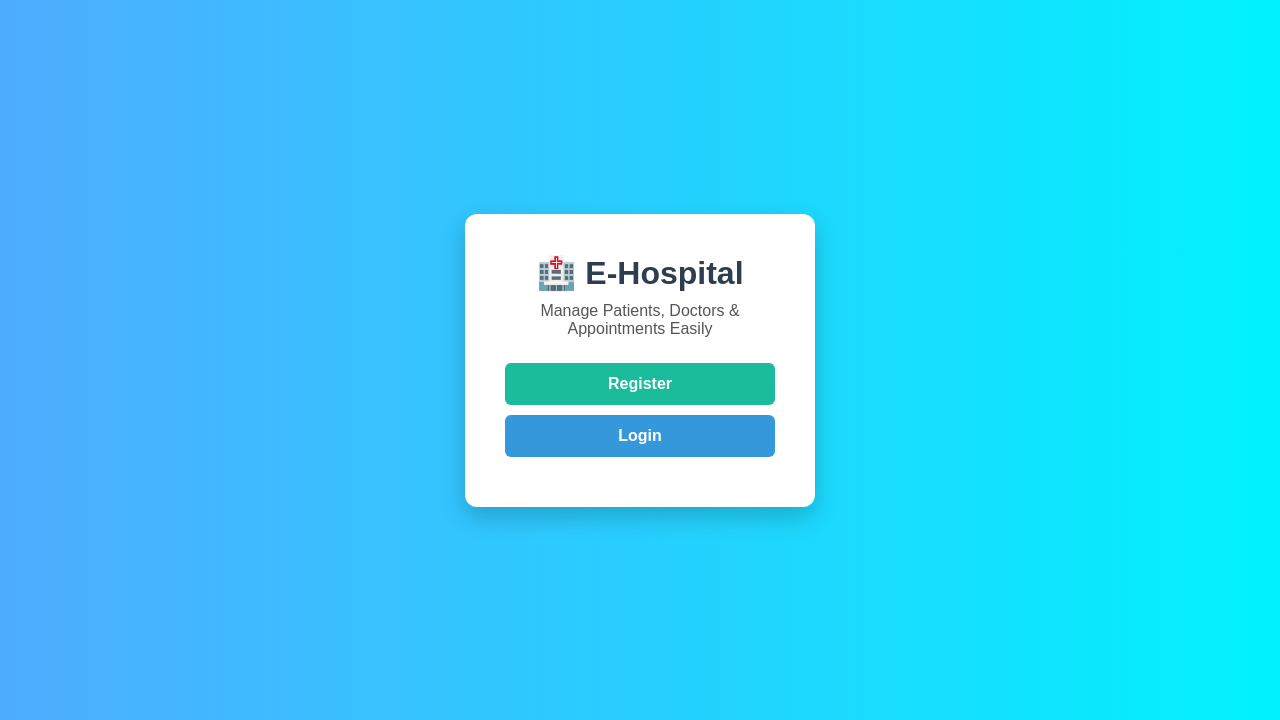
Repository: Ramjangori/Spring_Boot
Page: PatientsManagementProject/src/main/resources/static/index.html
An editor plug-in stored every save of this project. The page is shown before and after the next save, followed by the edit.
The browser window is 1280 px wide. The pictures show the whole page.

Above is the page before, as saved 2026-05-05 06:28:20.

After the next save:
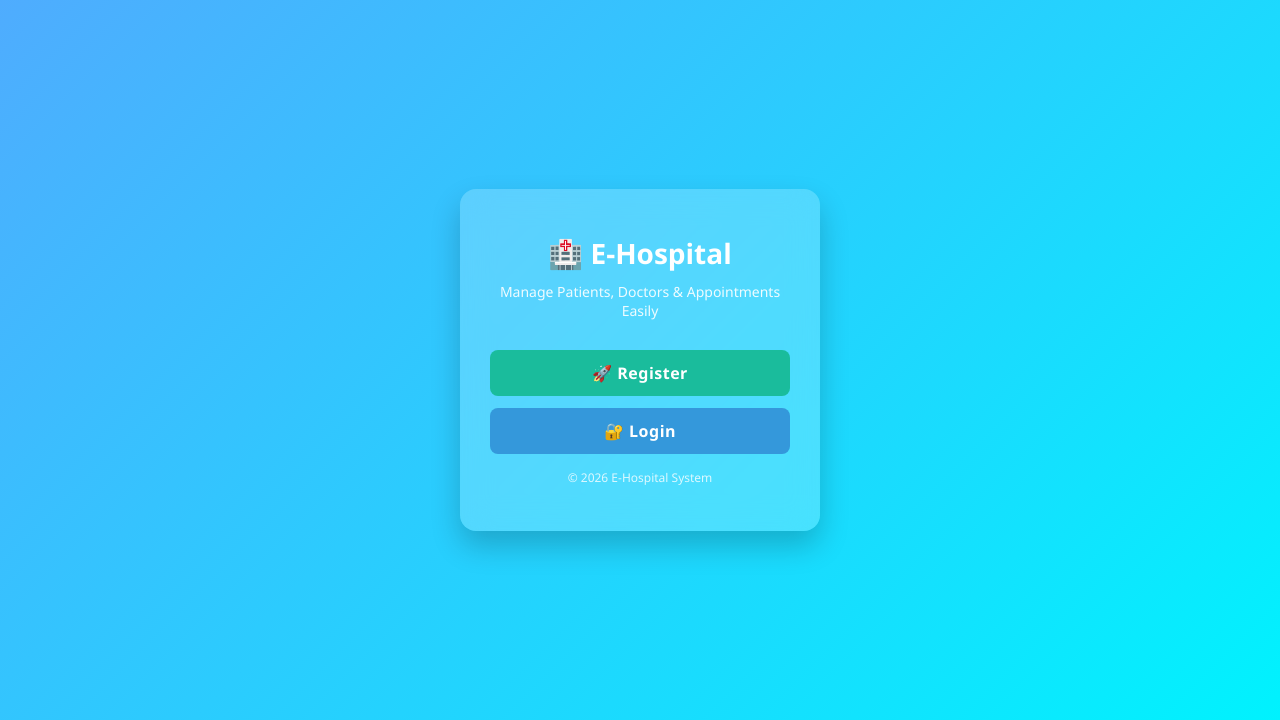
Saved 2 min 28 s later.
--- a/PatientsManagementProject/src/main/resources/static/index.html
+++ b/PatientsManagementProject/src/main/resources/static/index.html
@@ -10,45 +10,63 @@
             margin: 0;
             padding: 0;
             box-sizing: border-box;
-            font-family: Arial, sans-serif;
+            font-family: 'Segoe UI', sans-serif;
         }
 
         body {
             height: 100vh;
-            background: linear-gradient(to right, #4facfe, #00f2fe);
+            background: linear-gradient(135deg, #4facfe, #00f2fe);
             display: flex;
             justify-content: center;
             align-items: center;
         }
 
+        /* Card */
         .container {
             text-align: center;
-            background: white;
-            padding: 40px;
-            border-radius: 12px;
-            box-shadow: 0 10px 25px rgba(0,0,0,0.2);
-            width: 350px;
+            background: rgba(255, 255, 255, 0.2);
+            backdrop-filter: blur(15px);
+            padding: 45px 30px;
+            border-radius: 16px;
+            box-shadow: 0 15px 30px rgba(0,0,0,0.2);
+            width: 360px;
+            color: #fff;
+            animation: fadeIn 0.8s ease-in-out;
+        }
+
+        @keyframes fadeIn {
+            from {
+                opacity: 0;
+                transform: translateY(20px);
+            }
+            to {
+                opacity: 1;
+                transform: translateY(0);
+            }
         }
 
         h1 {
-            color: #2c3e50;
+            font-size: 28px;
             margin-bottom: 10px;
         }
 
         p {
-            color: #555;
-            margin-bottom: 25px;
+            font-size: 14px;
+            margin-bottom: 30px;
+            opacity: 0.9;
         }
 
+        /* Buttons */
         .btn {
             display: block;
             width: 100%;
             padding: 12px;
-            margin: 10px 0;
+            margin: 12px 0;
             text-decoration: none;
-            border-radius: 6px;
+            border-radius: 8px;
             font-weight: bold;
             transition: 0.3s;
+            letter-spacing: 0.5px;
         }
 
         .register {
@@ -58,6 +76,7 @@
 
         .register:hover {
             background: #16a085;
+            transform: scale(1.03);
         }
 
         .login {
@@ -67,7 +86,16 @@
 
         .login:hover {
             background: #2980b9;
+            transform: scale(1.03);
         }
+
+        /* Footer */
+        .footer {
+            margin-top: 15px;
+            font-size: 12px;
+            opacity: 0.8;
+        }
+
     </style>
 </head>
 
@@ -77,8 +105,12 @@
     <h1>🏥 E-Hospital</h1>
     <p>Manage Patients, Doctors & Appointments Easily</p>
 
-    <a href="/register" class="btn register">Register</a>
-    <a href="/login" class="btn login">Login</a>
+    <a href="/register" class="btn register">🚀 Register</a>
+    <a href="/login" class="btn login">🔐 Login</a>
+
+    <div class="footer">
+        © 2026 E-Hospital System
+    </div>
 </div>
 
 </body>
